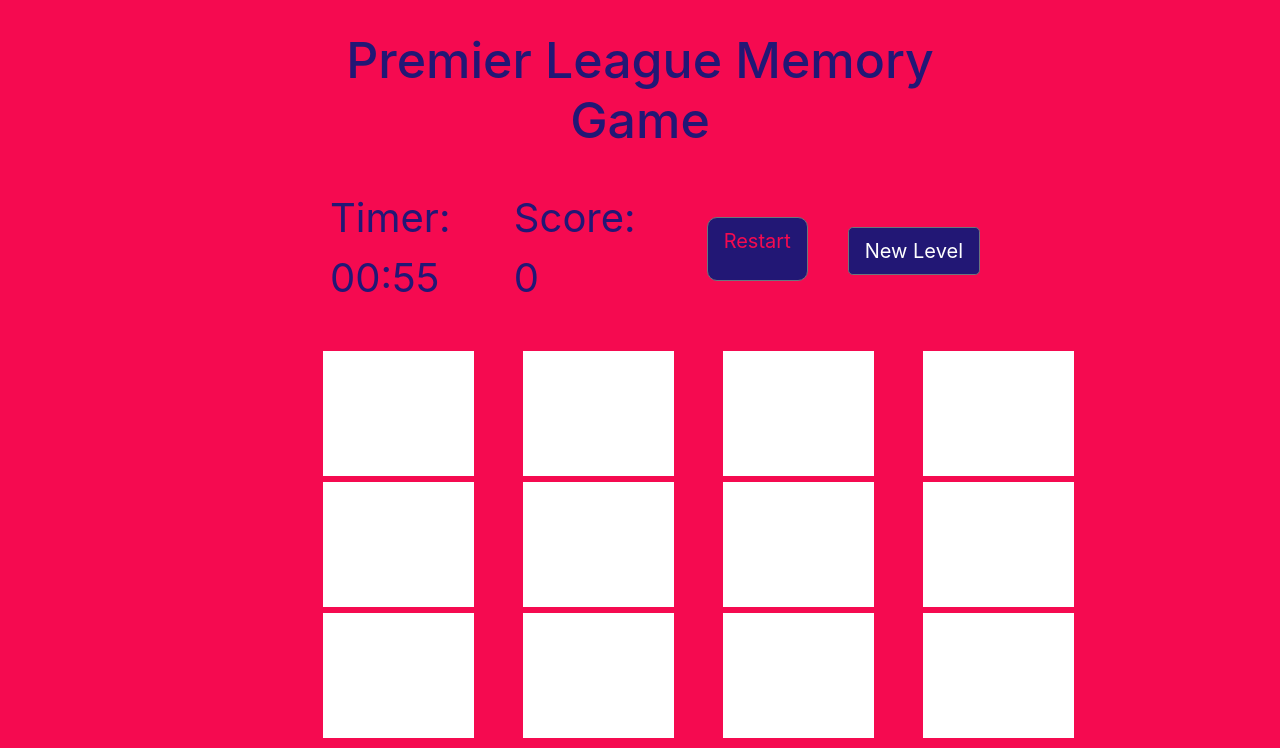
Repository: IchaTreasure/Premier-League-Memory-Game-
Page: index2.html
The author's editor kept a record of every edit. The page is drawn from the files as they stood at one moment, then again after the next edit.
The browser window is 1280 px wide. The pictures show the whole page.
Some web libraries are served in a nearby version.

Above is the page before.

After the next edit:
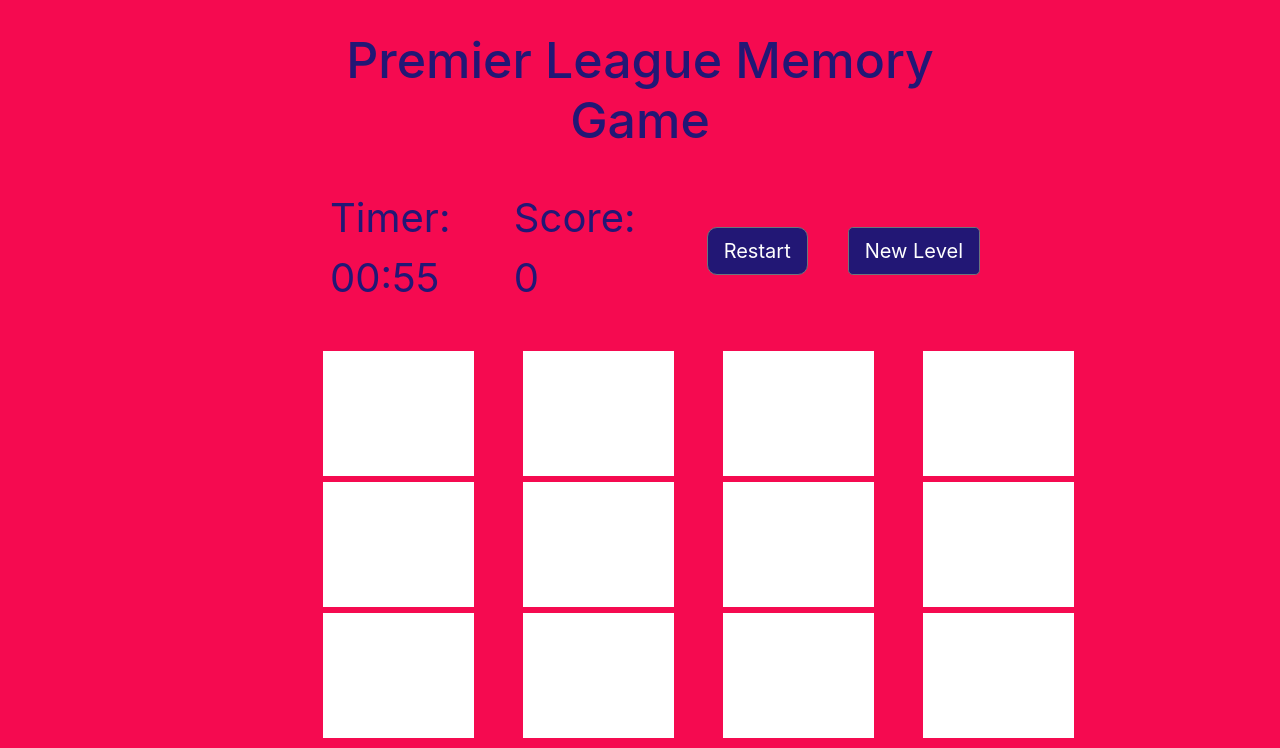
The edit:
--- a/index2.html
+++ b/index2.html
@@ -41,7 +41,7 @@
                 <td>
                     <!-- div to reset the game -->
                     <button id="reset-game" class="btn btn-secondary btn-lg" style="background-color: #221775;">
-                   <p style="color: #f50a50;">Restart</p>
+                   Restart
                     </button>
                 </td>
 
